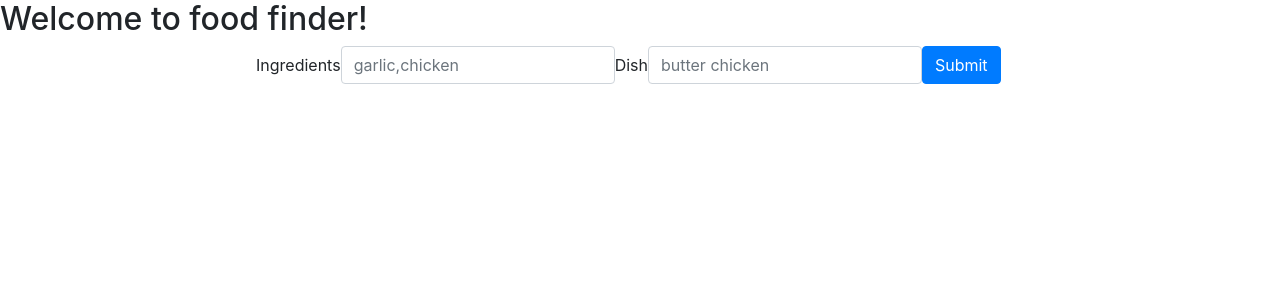
Repository: ratanparmar/receipesearch
Page: /
These files come from the project's save history. The page is drawn as it stood at one moment and after the next save; the edit follows.
The browser window is 1280 px wide. The pictures show the whole page.
The project was rebuilt for these pictures with package versions that can differ from the ones it lists, and the page was loaded fresh each time.

Above is the page before, as saved 2019-12-10 16:24:31.

After the next save:
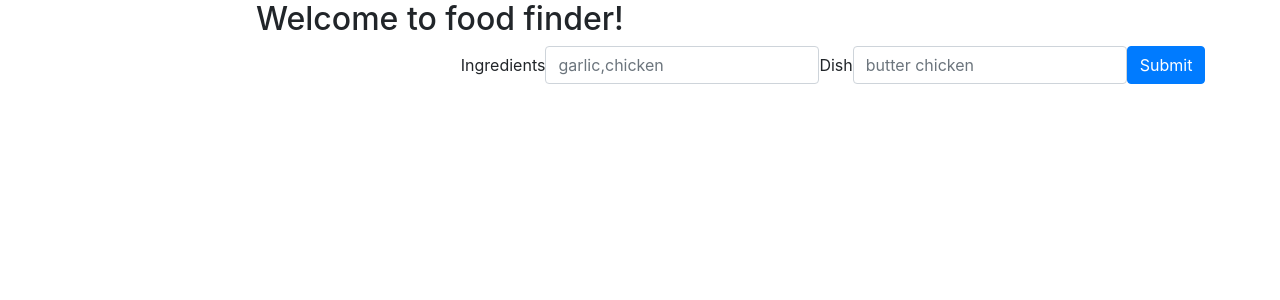
Saved 21 s later.
--- a/src/style/index.css
+++ b/src/style/index.css
@@ -1,4 +1,6 @@
-
+body{
+    padding-left: 20%;
+}
 .App{
     text-align: center;
     padding-left: 20%;
